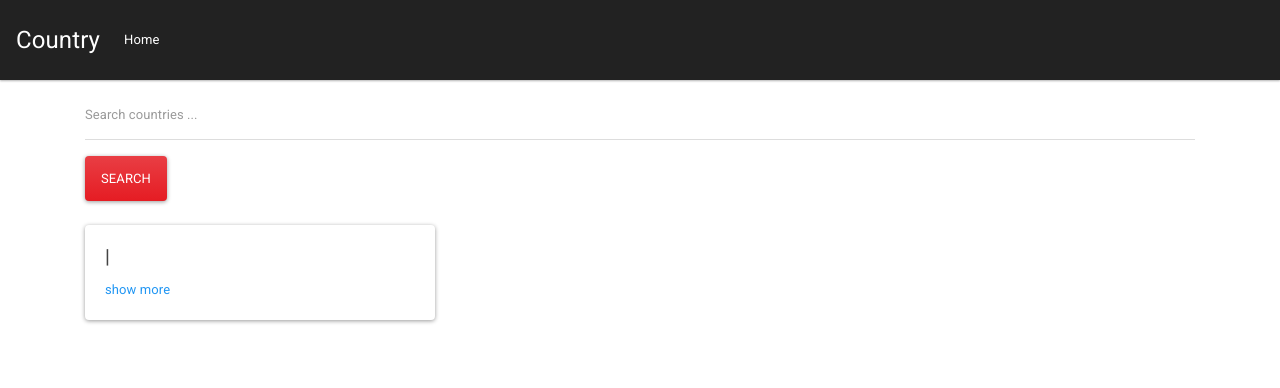
Repository: abdelhak-f/Countries_React
Page: / (app in client/)
An editor plug-in stored every save of this project. The page is shown before and after the next save, followed by the edit.
The browser window is 1280 px wide. The pictures show the whole page.
The page's requests for data from a server got no answer. The project was rebuilt for these pictures with package versions that can differ from the ones it lists, and the page was loaded fresh each time. No one was signed in, and anything a server would have sent is missing. Also part of the build but not shown: client/src/components/countrys/ProfilCountry.jsx.

Above is the page before, as saved 2021-05-07 12:10:30.

After the next save:
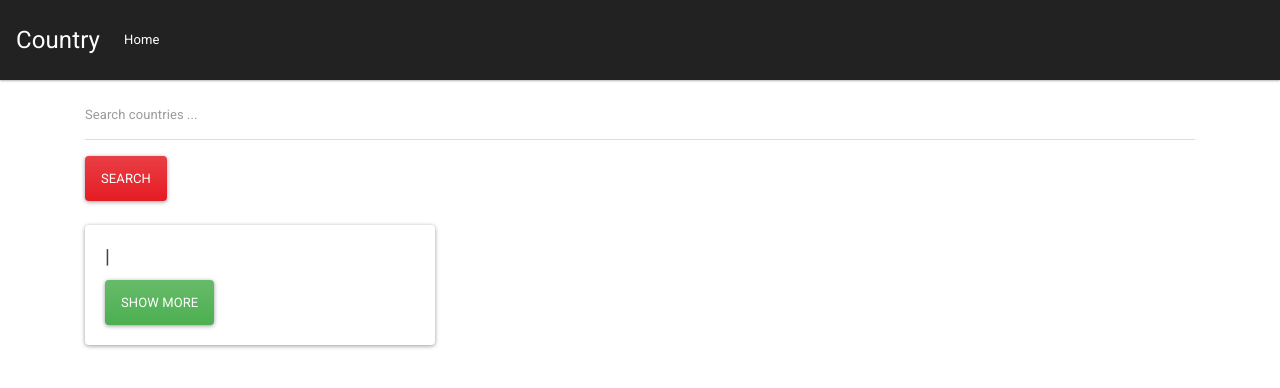
Saved 25 s later.
--- a/client/src/components/countrys/Country.jsx
+++ b/client/src/components/countrys/Country.jsx
@@ -12,10 +12,10 @@ class Country extends Component {
                    <img className="card-img-top" src= {this.props.country.flag}  alt="" />
                    <div className="card-body">
                    <h4 className="card-title">{this.props.country.alpha2Code} | {this.props.country.alpha3Code}</h4>
-                       <a className="card-text">
-                           <Link href= "/ProfilCountry.jsx" className="btn btn-success ">show more</Link>
+                       <p className="card-text">
+                           <a href= "/ProfilCountry.jsx" className="btn btn-success ">show more</a>
                            {/* <a href={this.props.country.regionalBlocs} className="btn btn-success ">profile</a> */}
-                       </a>
+                       </p>
                    </div>
                    </div>
       </>
